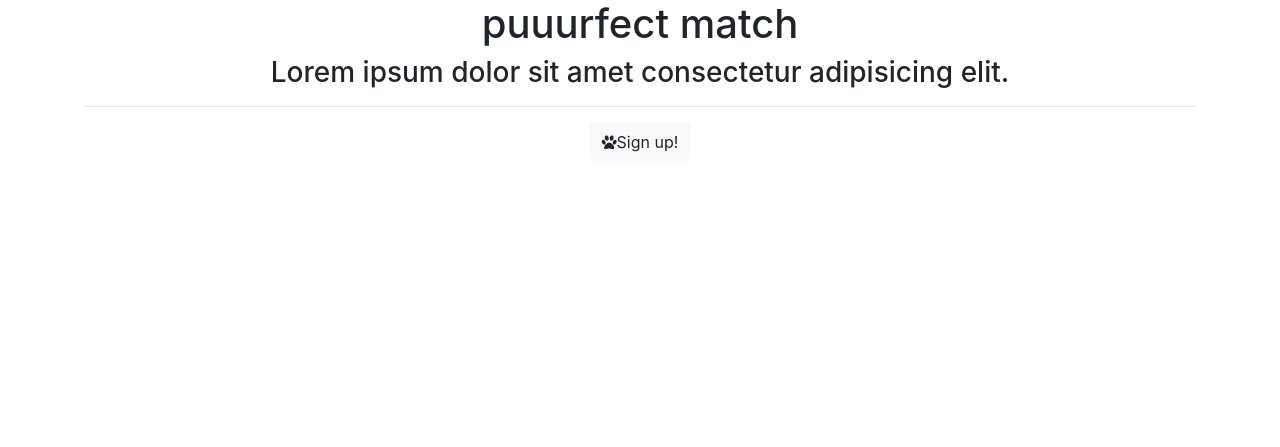
Repository: Mietlicha/exercise2
Page: index.html
An editor plug-in stored every save of this project. The page is shown before and after the next save, followed by the edit.
The browser window is 1280 px wide. The pictures show the whole page.

Above is the page before, as saved 2019-10-23 00:57:21.

After the next save:
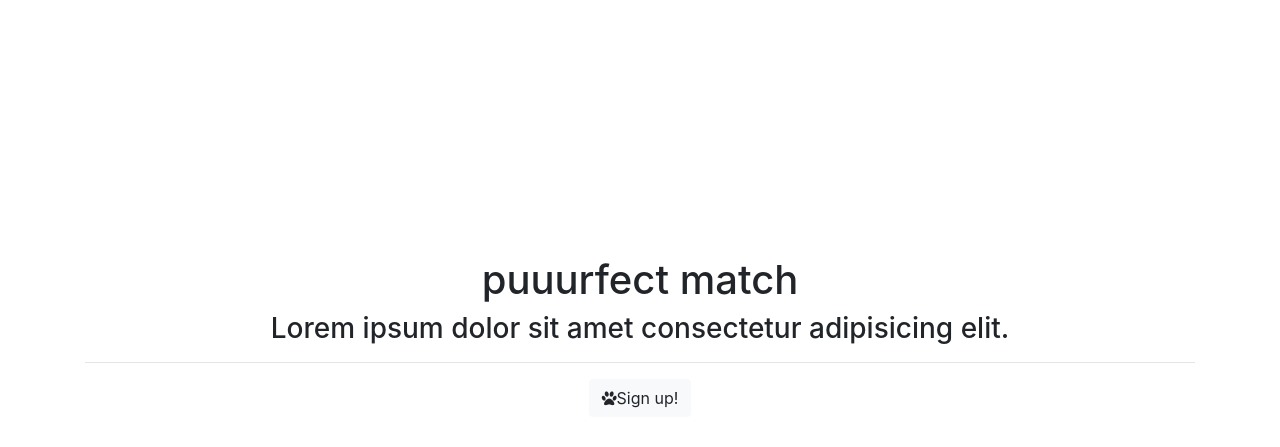
Saved 7 s later.
--- a/style.css
+++ b/style.css
@@ -1,4 +1,4 @@
 .container{
     text-align: center;
-    padding-top: 290;
+    padding-top: 20%;
 }
